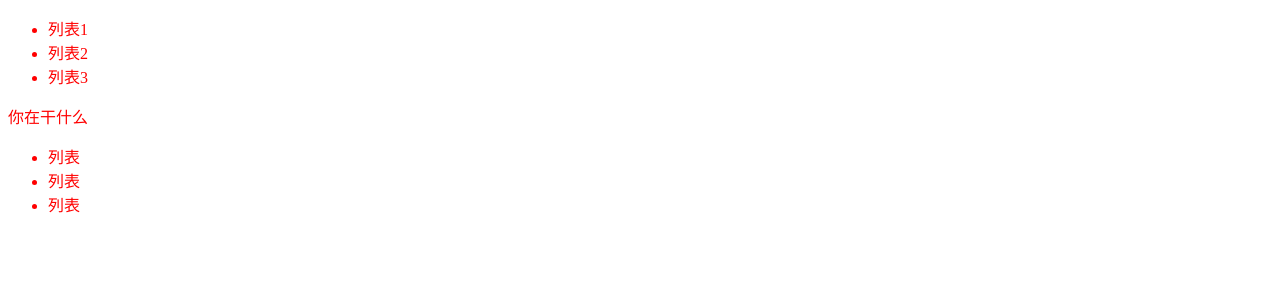
Repository: yuanliumaker/html-css-js
Page: css/关系选择器.html
The author's editor kept a copy of each file at every save. The page is drawn from the files as they stood at one save, then again after the next save.
The browser window is 1280 px wide. The pictures show the whole page.

Above is the page before, as saved 2025-08-31 15:55:56.

After the next save:
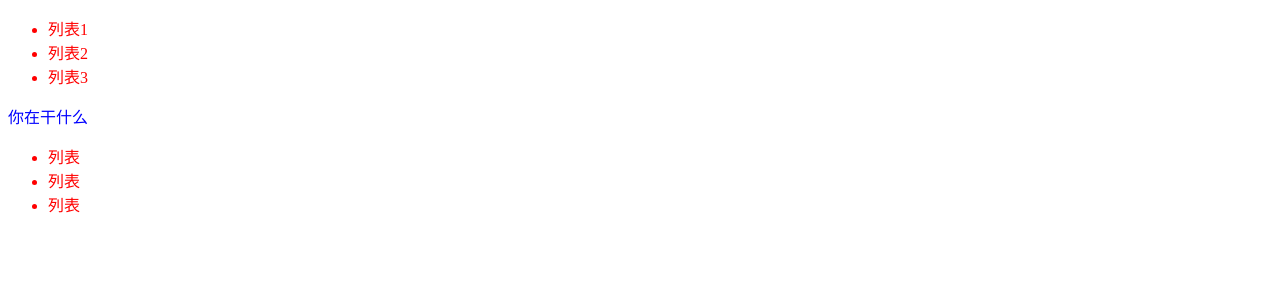
Saved 47 s later.
--- a/css/关系选择器.html
+++ b/css/关系选择器.html
@@ -11,7 +11,7 @@
         }
         /* 子代选择器:选择所有作为E元素的直接子元素F,对更深一层的元素不起作用 语法 E>F{} */
         div>p{
-            color:red
+            color:blue
         }
     </style>
 </head>
